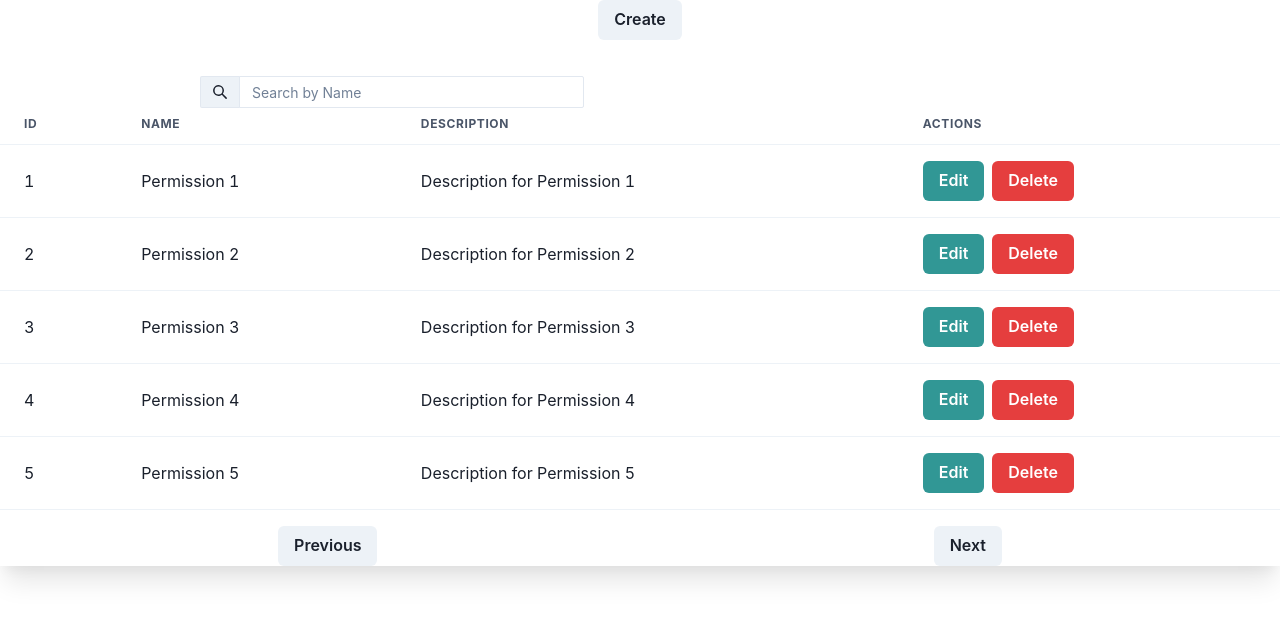
Repository: Andarg01/chakra-dashboard
Page: /
The author's editor kept a copy of each file at every save. The page is drawn from the files as they stood at one save, then again after the next save.
The browser window is 1280 px wide. The pictures show the whole page.
The project was rebuilt for these pictures with package versions that can differ from the ones it lists, and the page was loaded fresh each time.

Above is the page before, as saved 2024-03-05 01:22:48.

### src/index.tsx
import React from 'react';
import ReactDOM from 'react-dom/client';
import './index.css';
import App from './App';

import { ChakraProvider } from '@chakra-ui/react';


const root = ReactDOM.createRoot(
  document.getElementById('root') as HTMLElement
);
root.render(

  <React.StrictMode>
  <ChakraProvider>
    <App />
    </ChakraProvider>
  </React.StrictMode>

);

### src/App.tsx
import React from 'react';

import './App.css';
import PermissionPage from './PermissionPage';

function App() {
  return (
    <div className="App">
     {/* <ProductPages/> */}
     <PermissionPage/>

    </div>
  );
}

export default App;

### src/PermissionPage.tsx



import React, { useState } from 'react';
import {
  Box,
  Button,
  Table,
  Tbody,
  Td,
  Th,
  Thead,
  Tr,
  useDisclosure,
  Modal,
  ModalOverlay,
  ModalContent,
  ModalHeader,
  ModalFooter,
  ModalBody,
  ModalCloseButton,
  Input,
  FormControl,
  FormLabel,
  Stack,
  InputLeftAddon,
  IconButton,
  InputGroup,
  InputLeftElement
} from '@chakra-ui/react';
// Importing SearchIcon from Chakra UI
import { SearchIcon } from '@chakra-ui/icons';

interface Permission {
  id: number;
  name: string;
  description: string;
}

const PermissionPage: React.FC = () => {
  const [permissions, setPermissions] = useState<Permission[]>([
    { id: 1, name: 'Permission 1', description: 'Description for Permission 1' },
    { id: 2, name: 'Permission 2', description: 'Description for Permission 2' },
    { id: 3, name: 'Permission 3', description: 'Description for Permission 3' },
    { id: 4, name: 'Permission 4', description: 'Description for Permission 4' },
    { id: 5, name: 'Permission 5', description: 'Description for Permission 5' },
    { id: 6, name: 'Permission 6', description: 'Description for Permission 6' },
    { id: 7, name: 'Permission 7', description: 'Description for Permission 7' },
    { id: 8, name: 'Permission 8', description: 'Description for Permission 8' },
    { id: 9, name: 'Permission 9', description: 'Description for Permission 9' },
    { id: 10, name: 'Permission 10', description: 'Description for Permission 10' },
  ]);
  const [currentPage, setCurrentPage] = useState(1);
  const [pageSize] = useState(5); // Change this as per your requirement
  const [newPermission, setNewPermission] = useState<Permission>({ id: 0, name: '', description: '' });
  const [nameFilter, setNameFilter] = useState('');

  // Modal state
  const { isOpen, onOpen, onClose } = useDisclosure();
  const [deleteId, setDeleteId] = useState<number | null>(null);



  const handleSearchByName = (event: React.ChangeEvent<HTMLInputElement>) => {
    setNameFilter(event.target.value);
    setCurrentPage(1);
  };

  // Apply the name filter to the displayed permissions
  const filteredPermissions = permissions.filter(permission =>
    permission.name.toLowerCase().includes(nameFilter.toLowerCase())
  );
  // CRUD functions
  const handleCreate = () => {
    setNewPermission({ id: 0, name: '', description: '' });
    onOpen();
  };

  const handleSave = () => {
    // Logic to save or update permission
    if (newPermission.id === 0) {
      // Create new permission
      const updatedPermissions = [...permissions, { ...newPermission, id: permissions.length + 1 }];
      setPermissions(updatedPermissions);
    } else {
      // Update existing permission
      const updatedPermissions = permissions.map(permission =>
        permission.id === newPermission.id ? newPermission : permission
      );
      setPermissions(updatedPermissions);
    }
    onClose();
  };

  const handleEdit = (id: number) => {
    // Find permission with given ID
    const permissionToEdit = permissions.find(permission => permission.id === id);
    if (permissionToEdit) {
      setNewPermission(permissionToEdit);
      onOpen();
    }
  };

  const handleDelete = (id: number) => {
    // Show confirmation modal
    setDeleteId(id);
    onOpen();
  };

  const handleConfirmDelete = () => {
    // Logic to delete permission with given ID
    const updatedPermissions = permissions.filter(permission => permission.id !== deleteId);
    setPermissions(updatedPermissions);
    onClose();
  };

  // Pagination functions
  const totalPages = Math.ceil(permissions.length / pageSize);
  const lastIndex = currentPage * pageSize;
  const firstIndex = lastIndex - pageSize;
  const currentPermissions = permissions.slice(firstIndex, lastIndex);

  const nextPage = () => {
    if (currentPage < totalPages) {
      setCurrentPage(currentPage + 1);
    }
  };

  const prevPage = () => {
    if (currentPage > 1) {
      setCurrentPage(currentPage - 1);
    }
  };

  return (
    <Box boxShadow="xl">

    <Button onClick={handleCreate} mb={4}>
        Create
      </Button>
      <Stack direction="row" spacing={4} mb={4} align="center" width='sm' position="relative" left="200px" top="20px">
        <InputGroup size="sm" ml="auto"> {/* ml="auto" pushes it to the right corner */}
          <InputLeftAddon children={<SearchIcon />} />
          <Input placeholder="Search by Name" value={nameFilter} onChange={handleSearchByName} />
        </InputGroup>
      </Stack>

      <Table variant="simple">
        <Thead>
          <Tr>
            <Th>ID</Th>
            <Th>Name</Th>
            <Th>Description</Th>
            <Th>Actions</Th>
          </Tr>
        </Thead>
        <Tbody>
          {currentPermissions.map(permission => (
            <Tr key={permission.id}>
              <Td>{permission.id}</Td>
              <Td>{permission.name}</Td>
              <Td>{permission.description}</Td>
              <Td>
                <Button colorScheme="teal" onClick={() => handleEdit(permission.id)}>Edit</Button>
                <Button colorScheme="red" ml={2} onClick={() => handleDelete(permission.id)}>Delete</Button>
              </Td>
            </Tr>
          ))}
        </Tbody>
      </Table>
      <Box mt={4} display="flex" justifyContent="space-around" alignItems="center">


          <Button disabled={currentPage === 1} onClick={prevPage}>Previous</Button>
          <Button disabled={currentPage === totalPages} onClick={nextPage}>Next</Button>

      </Box>
      {/* Delete Confirmation Modal */}
      <Modal isOpen={isOpen} onClose={onClose}>
        <ModalOverlay />
        <ModalContent>
          <ModalHeader>Confirm Delete</ModalHeader>
          <ModalCloseButton />
          <ModalBody>Are you sure you want to delete this permission?</ModalBody>
          <ModalFooter>
            <Button colorScheme="red" onClick={handleConfirmDelete}>Yes</Button>
            <Button onClick={onClose}>No</Button>
          </ModalFooter>
        </ModalContent>
      </Modal>
      {/* Create/Edit Permission Modal */}
      <Modal isOpen={isOpen} onClose={onClose}>
        <ModalOverlay />
        <ModalContent>
          <ModalHeader>{newPermission.id === 0 ? 'Create' : 'Edit'} Permission</ModalHeader>
          <ModalCloseButton />
          <ModalBody>
            <FormControl>
              <FormLabel>Name</FormLabel>
              <Input value={newPermission.name} onChange={(e) => setNewPermission({ ...newPermission, name: e.target.value })} />
            </FormControl>
            <FormControl mt={4}>
              <FormLabel>Description</FormLabel>
              <Input value={newPermission.description} onChange={(e) => setNewPermission({ ...newPermission, description: e.target.value })} />
            </FormControl>
          </ModalBody>
          <ModalFooter>
            <Button colorScheme="blue" onClick={handleSave}>Save</Button>
            <Button onClick={onClose}>Cancel</Button>
          </ModalFooter>
        </ModalContent>
      </Modal>
    </Box>
  );
};

export default PermissionPage;

Loaded but not shown: public/index.html (common file); src/index.css (common file); src/App.css (common file)

After the next save:
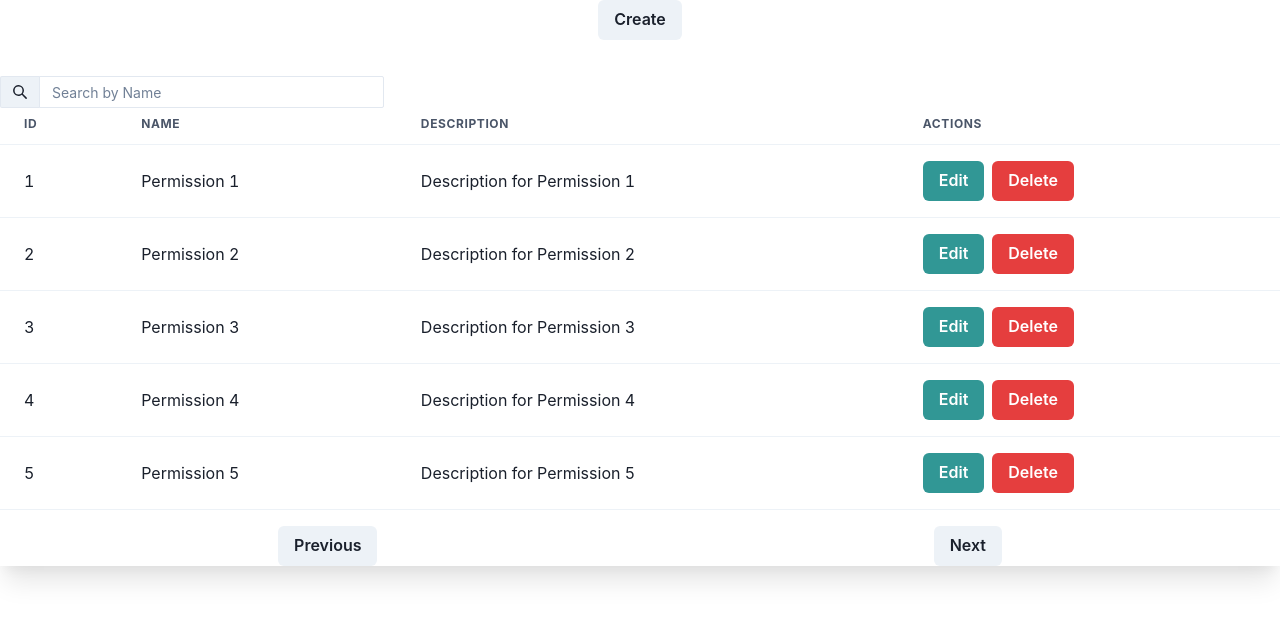
Saved 22 s later.
--- a/src/PermissionPage.tsx
+++ b/src/PermissionPage.tsx
@@ -138,7 +138,7 @@ const PermissionPage: React.FC = () => {
     <Button onClick={handleCreate} mb={4}>
         Create
       </Button>
-      <Stack direction="row" spacing={4} mb={4} align="center" width='sm' position="relative" left="200px" top="20px">
+      <Stack direction="row" spacing={4} mb={4} align="center" width='sm' position="relative" left="1oo%" top="20px">
         <InputGroup size="sm" ml="auto"> {/* ml="auto" pushes it to the right corner */}
           <InputLeftAddon children={<SearchIcon />} />
           <Input placeholder="Search by Name" value={nameFilter} onChange={handleSearchByName} />
